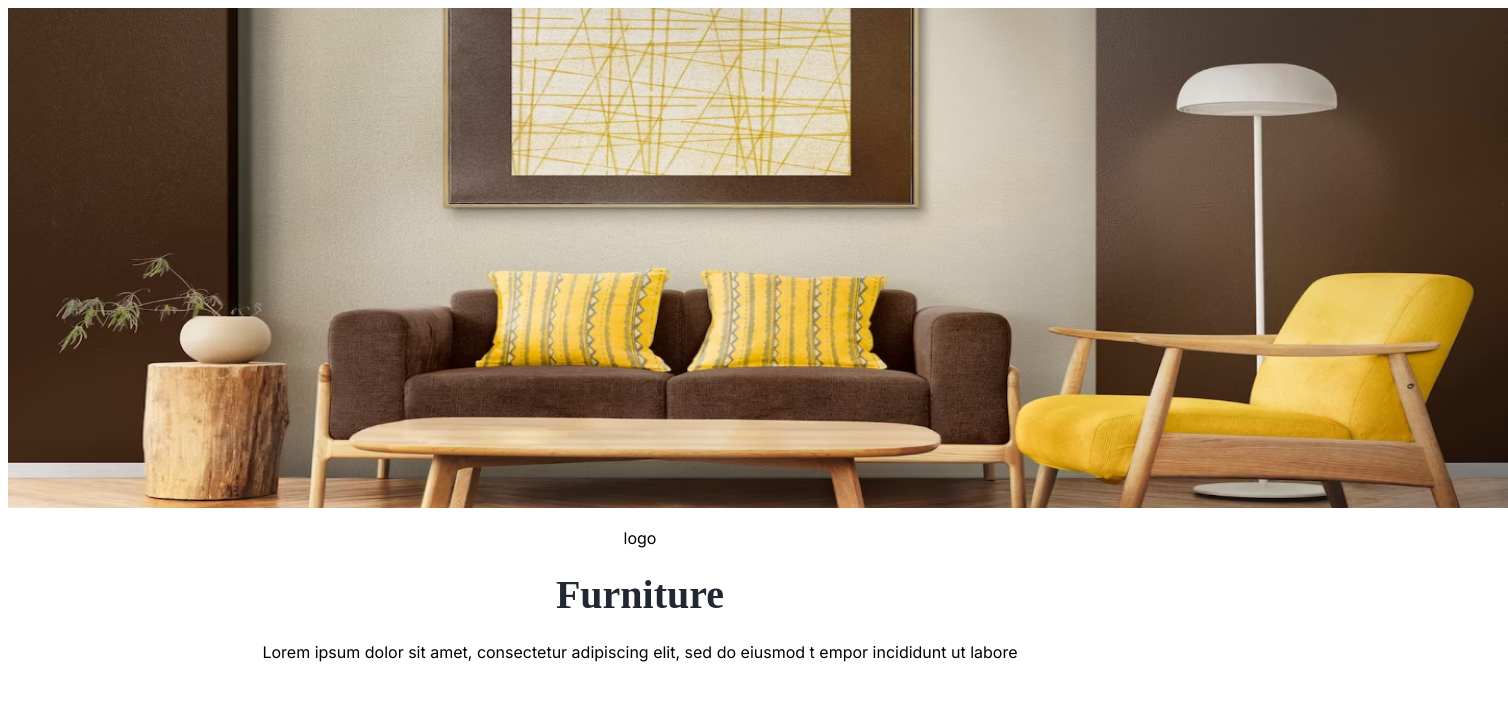
Repository: nikita120402/next13-deploy
Page: /
The author's editor kept a copy of each file at every save. The page is drawn from the files as they stood at one save, then again after the next save.
The browser window is 1280 px wide. The page is 1508 px wide, so the pictures cover 1508 px, including what lies to the right of the window. The pictures show the whole page.
The project was rebuilt for these pictures with package versions that can differ from the ones it lists, and the page was loaded fresh each time. The framework's server and built-in components were replaced by stand-ins that run in the browser. Also part of the build but not shown: next.config.js.

Above is the page before, as saved 2023-08-02 10:38:36.

### src/app/page.tsx
import Image from 'next/image'

export default function Page() {
  return (
        <div>
        <Image
      src="/../public/image/Rectangle 25.jpg"
      alt="Picture"
      width={1500}
      height={500}
          />
          <link
  rel="icon"
  href="/../public/image/Rectangle 25.jpg"
  type="image"
  sizes="<generated>"
/>

          <p>logo</p>
          <h1>Furniture</h1>
          <p>Lorem ipsum dolor sit amet, consectetur adipiscing elit, sed do
            eiusmod t empor incididunt ut labore </p>
          </div>

  )

}

### src/app/globals.css
h1{
      text-align: center;
      color: #222831;
font-family: Playfair Display;
font-size: 40px;
font-style: normal;
font-weight: 600;
line-height: 100%; /* 40px */
text-transform: capitalize;
}
h4{
      color: #000;
text-align: center;
font-family: Poppins;
font-size: 14px;
font-style: normal;
font-weight: 400;
line-height: 120%; /* 24px */
text-transform: capitalize;
}
p{
  border-radius: 10px;
  text-align: center;
}

Loaded but not shown: src/app/layout.tsx (common file)

After the next save:
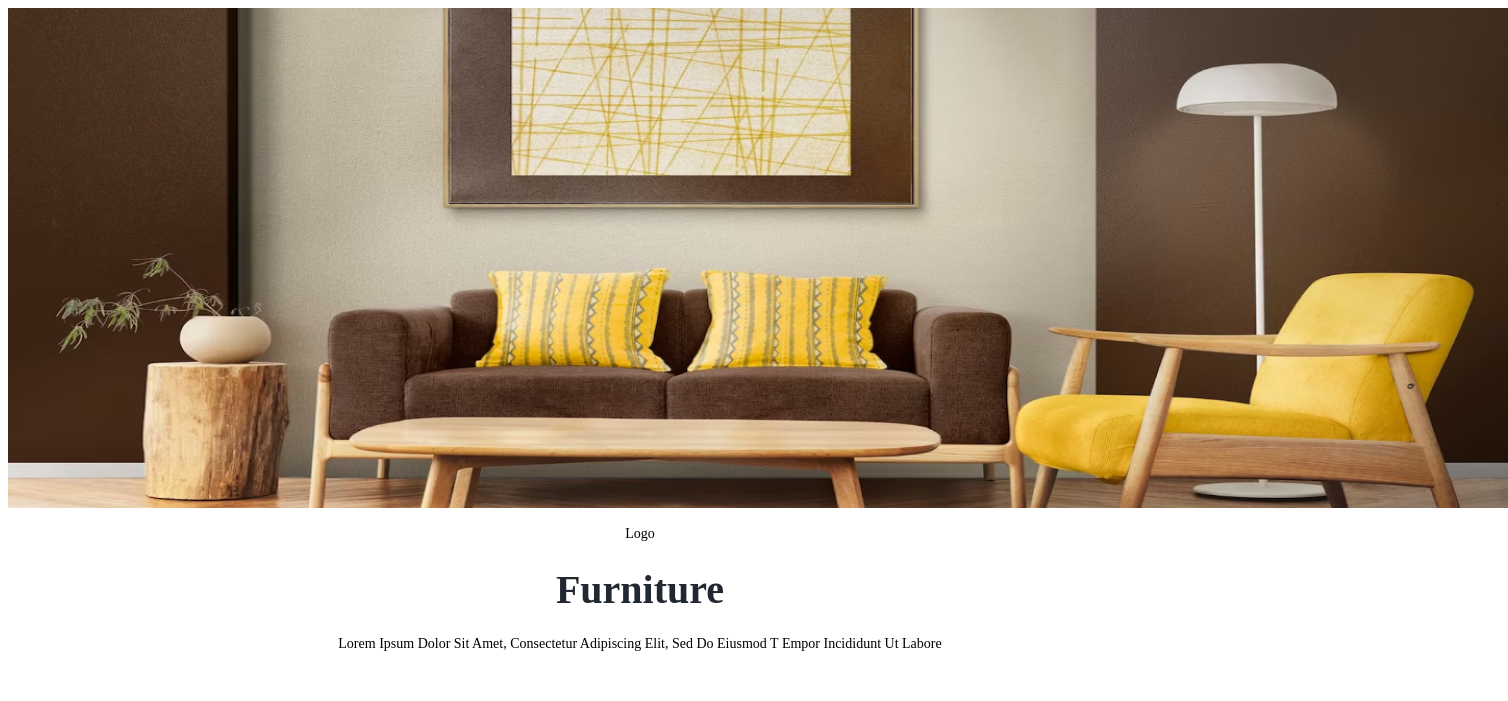
Saved 9 s later.
--- a/src/app/globals.css
+++ b/src/app/globals.css
@@ -8,7 +8,7 @@ font-weight: 600;
 line-height: 100%; /* 40px */
 text-transform: capitalize;
 }
-h4{
+p{
       color: #000;
 text-align: center;
 font-family: Poppins;
